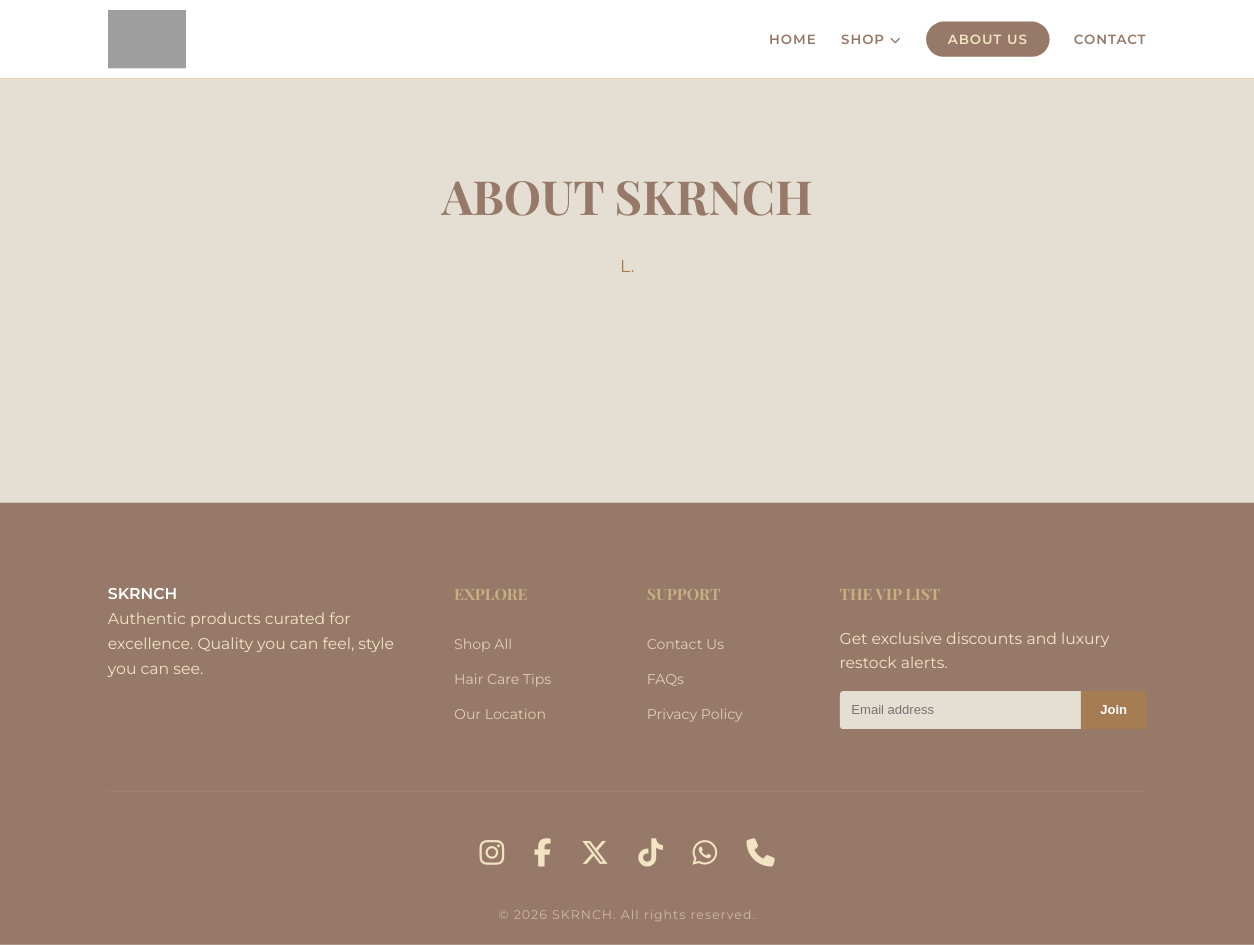
Repository: ndirituart/Portfolio
Page: about.html
These files come from the project's save history. The page is drawn as it stood at one moment and after a run of saves; the edit follows.
The browser window is 1280 px wide. The pictures show the whole page, at 98% of full size.
Pictures or frames that could not be fetched are drawn as grey boxes. Some web fonts or font styles are not loaded; a fallback is used.

Above is the page before, as saved 2026-02-04 20:58:19.

After the next 2 saves:
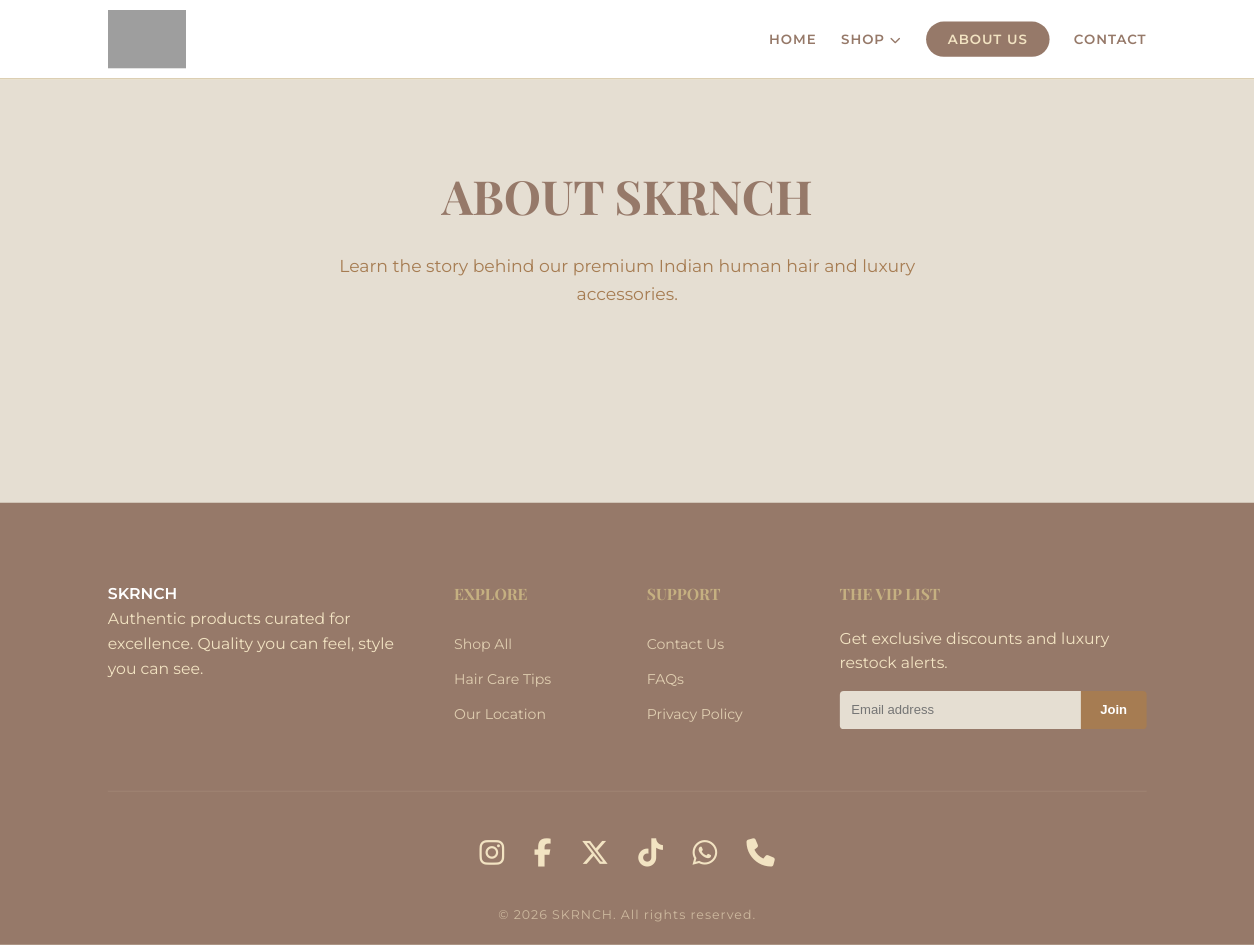
The 2 saves are shown as one change because they came seconds apart.
The last was saved 6 s later.
--- a/about.html
+++ b/about.html
@@ -39,7 +39,7 @@
         <div class="container">
             <section>
                 <h1>ABOUT SKRNCH</h1>
-                <p>L.</p>
+                <p>Learn the story behind our premium Indian human hair and luxury accessories.</p>
             </section>
         </div>
     </main>
